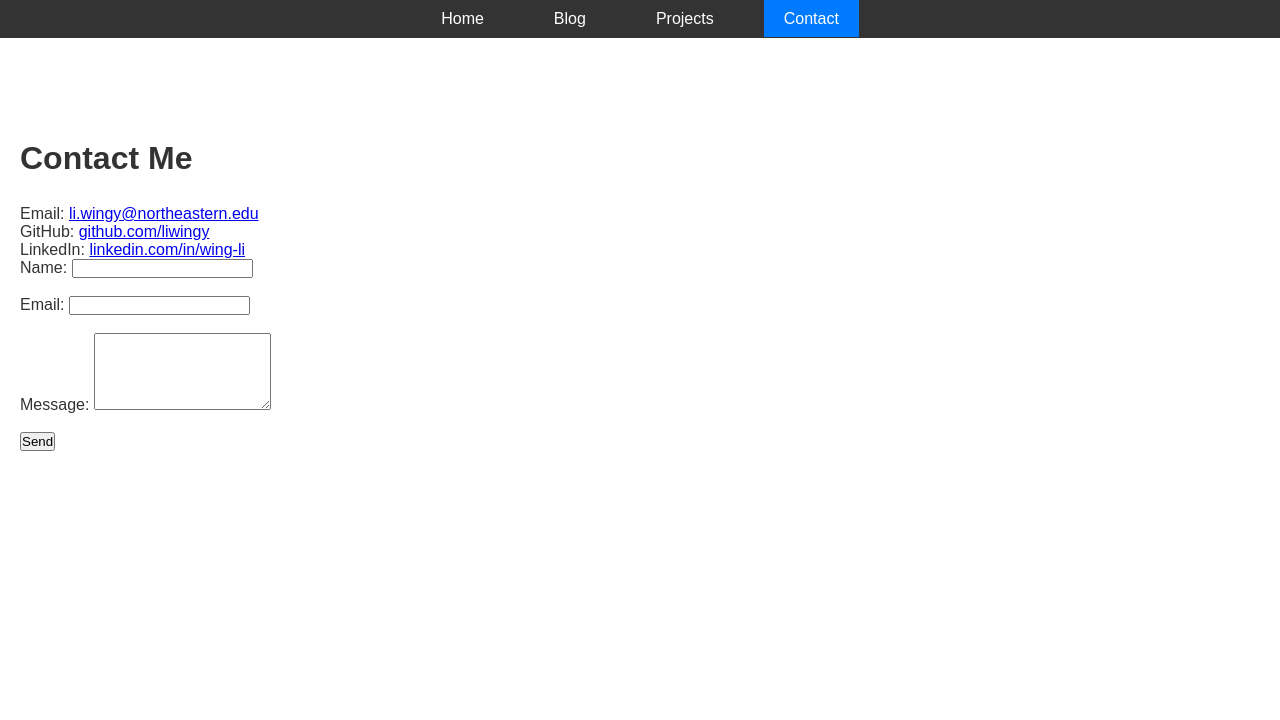
Repository: liwingy/cs5610_fall24_project1
Page: contact.html
An editor plug-in stored every save of this project. The page is shown before and after the next save, followed by the edit.
The browser window is 1280 px wide. The pictures show the whole page.

Above is the page before, as saved 2024-10-07 18:28:23.

After the next save:
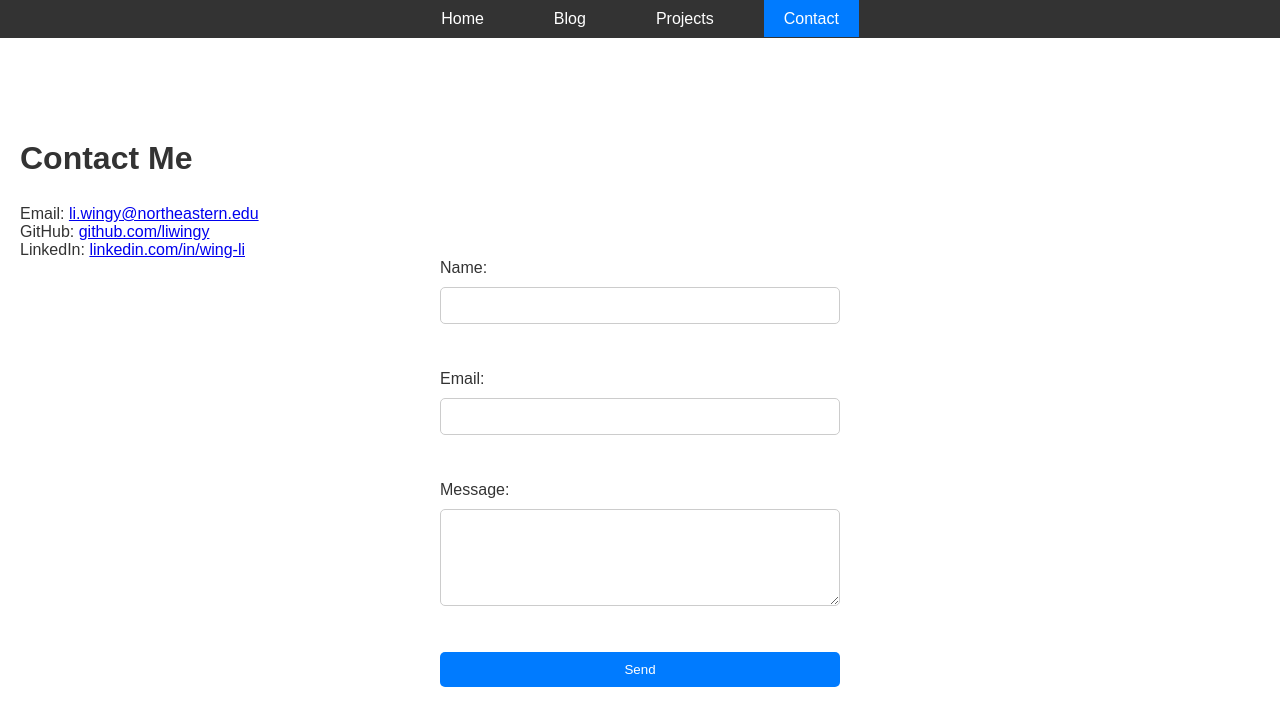
Saved 14 s later.
--- a/style.css
+++ b/style.css
@@ -115,6 +115,39 @@
     border-radius: 10px;
 }
 
+form {
+    display: flex;
+    flex-direction: column;
+    width: 100%;
+    max-width: 400px;
+    margin: 0 auto;
+}
+
+input[type="text"],
+input[type="email"],
+textarea {
+    width: 100%;
+    padding: 10px;
+    margin: 10px 0;
+    border: 1px solid #ccc;
+    border-radius: 5px;
+}
+
+input[type="submit"] {
+    width: 100%;
+    padding: 10px;
+    background-color: #007BFF;
+    color: white;
+    border: none;
+    border-radius: 5px;
+    cursor: pointer;
+    transition: background-color 0.3s;
+}
+
+input[type="submit"]:hover {
+    background-color: #0056b3;
+}
+
 /* Responsive design */
 @media screen and (max-width: 768px) {
     nav ul {

After the save that followed:
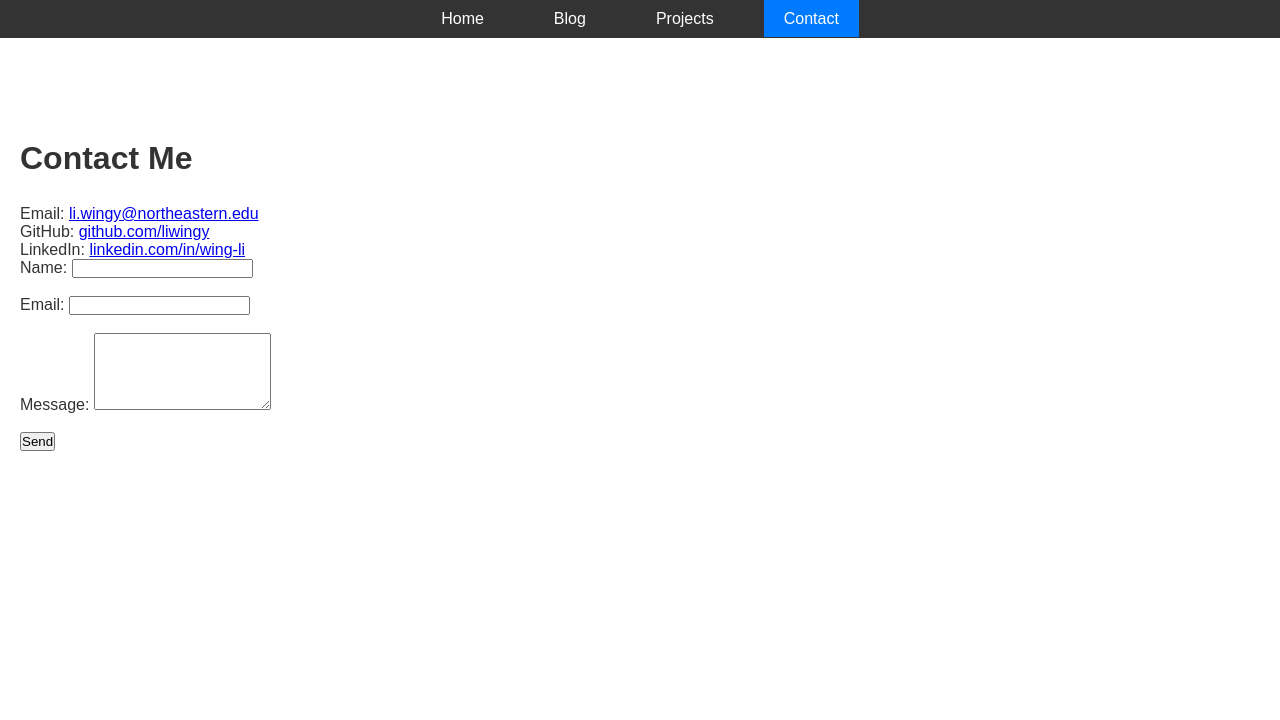
Saved 3 min 33 s later.
--- a/style.css
+++ b/style.css
@@ -115,39 +115,6 @@
     border-radius: 10px;
 }
 
-form {
-    display: flex;
-    flex-direction: column;
-    width: 100%;
-    max-width: 400px;
-    margin: 0 auto;
-}
-
-input[type="text"],
-input[type="email"],
-textarea {
-    width: 100%;
-    padding: 10px;
-    margin: 10px 0;
-    border: 1px solid #ccc;
-    border-radius: 5px;
-}
-
-input[type="submit"] {
-    width: 100%;
-    padding: 10px;
-    background-color: #007BFF;
-    color: white;
-    border: none;
-    border-radius: 5px;
-    cursor: pointer;
-    transition: background-color 0.3s;
-}
-
-input[type="submit"]:hover {
-    background-color: #0056b3;
-}
-
 /* Responsive design */
 @media screen and (max-width: 768px) {
     nav ul {
